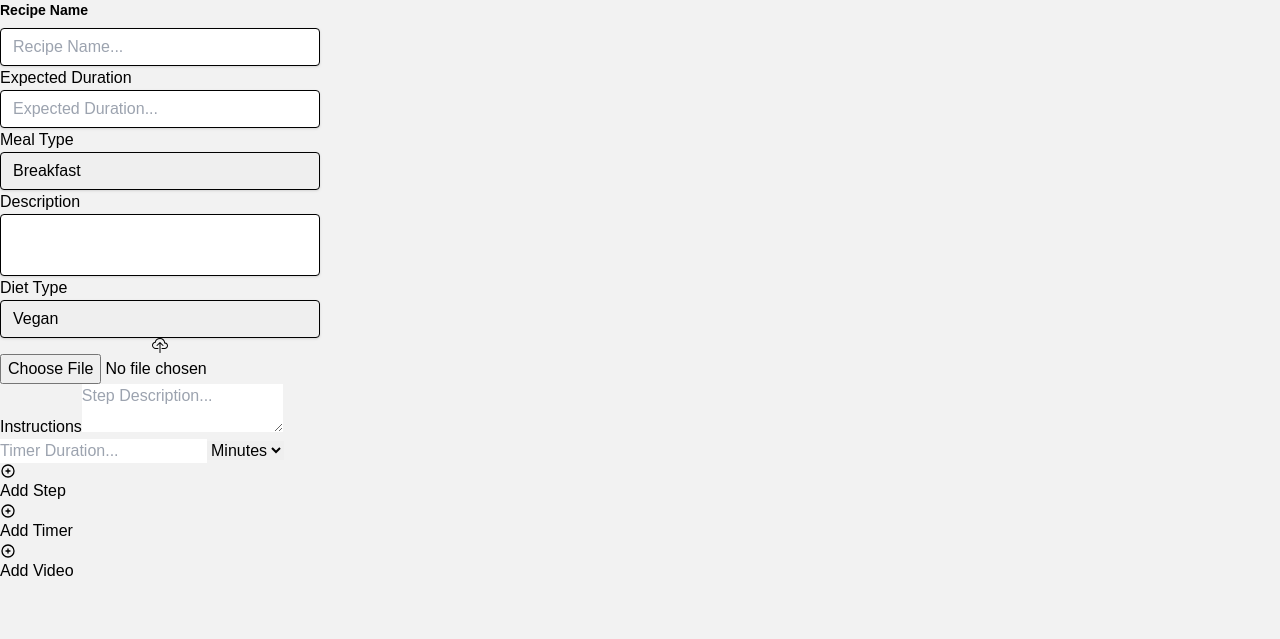
Repository: stvnsok/-capstone-project-3900-w18a-terraluna
Page: /new_recipe (app in frontend/)
The author's editor kept a copy of each file at every save. The page is drawn from the files as they stood at one save, then again after the next save.
The browser window is 1280 px wide. The pictures show the whole page.
The project was rebuilt for these pictures with package versions that can differ from the ones it lists, and the page was loaded fresh each time. Also part of the build but not shown: frontend/src/services/auth.service.ts, frontend/src/api.ts, frontend/src/services/recipeContributor.service.ts, frontend/src/components/global/Modal.tsx, frontend/src/components/global/TextInput.tsx, frontend/src/components/Auth/helperFunctions.ts, frontend/src/components/Auth/ChangeEmailForm.tsx, frontend/src/components/Auth/ChangePasswordForm.tsx and 10 more.

Above is the page before, as saved 2022-07-19 21:41:32.

After the next save:
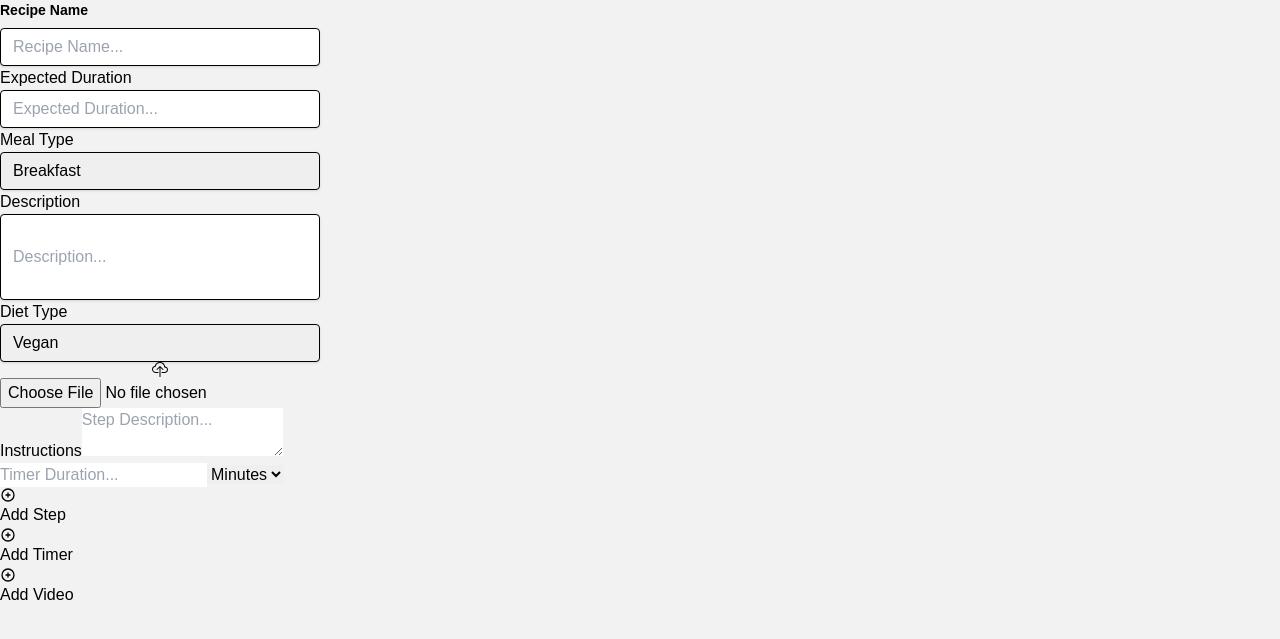
Saved 102 s later.
--- a/frontend/src/components/NewRecipe/CreateRecipeCard.tsx
+++ b/frontend/src/components/NewRecipe/CreateRecipeCard.tsx
@@ -52,7 +52,7 @@ export default function CreateRecipe () {
                     <input
                         {...register('name')}
                         placeholder = "Recipe Name..."
-                        className = 'shadow appearance-none border rounded w-full py-2 px-3 text-gray-700 leading-tight focus:outline-none focus:shadow-lg'
+                        className = 'shadow appearance-none border rounded w-full py-2 px-3 text-gray-700 leading-tight focus:outline-none focus:shadow-lg border-opacity-0'
                     />
                 </div>
                 <div>
@@ -60,7 +60,7 @@ export default function CreateRecipe () {
                     <input
                         {...register('cookTime')}
                         placeholder = "Expected Duration..."
-                        className = 'shadow appearance-none border rounded w-full py-2 px-3 text-gray-700 leading-tight focus:outline-none focus:shadow-lg'
+                        className = 'shadow appearance-none border rounded w-full py-2 px-3 text-gray-700 leading-tight focus:outline-none focus:shadow-lg border-opacity-0'
                     />
                 </div>
                 <div>
@@ -68,7 +68,7 @@ export default function CreateRecipe () {
                     <select
                         {...register('mealType')}
                         placeholder = 'Meal Type...'
-                        className = 'shadow appearance-none border rounded w-full py-2 px-3 text-gray-700 leading-tight focus:outline-none focus:shadow-lg'
+                        className = 'shadow appearance-none border rounded w-full py-2 px-3 text-gray-700 leading-tight focus:outline-none focus:shadow-lg border-opacity-0'
                     >
                         <option value = 'breakfast'>Breakfast</option>
                         <option value = 'lunch'>Lunch</option>
@@ -80,7 +80,8 @@ export default function CreateRecipe () {
                     <label htmlFor = 'description'> Description</label>
                     <input
                         {...register('description')}
-                        className = 'shadow appearance-none border rounded w-full py-5 px-3 text-gray-700 leading-tight focus:outline-none focus:shadow-lg'
+                        placeholder = 'Description...'
+                        className = 'shadow appearance-none border rounded w-full py-8 px-3 text-gray-700 leading-tight focus:outline-none focus:shadow-lg border-opacity-0'
 
                     />
 
@@ -89,7 +90,7 @@ export default function CreateRecipe () {
                     <label htmlFor = 'dietType'> Diet Type</label>
                     <select
                         {...register('dietType')}
-                        className = 'shadow appearance-none border rounded w-full py-2 px-3 text-gray-700 leading-tight focus:outline-none focus:shadow-lg'
+                        className = 'shadow appearance-none border rounded w-full py-2 px-3 text-gray-700 leading-tight focus:outline-none focus:shadow-lg border-opacity-0'
                     >
                         <option value = 'vegan'>Vegan</option>
                         <option value = 'vegetarian'>Vegetarian</option>
